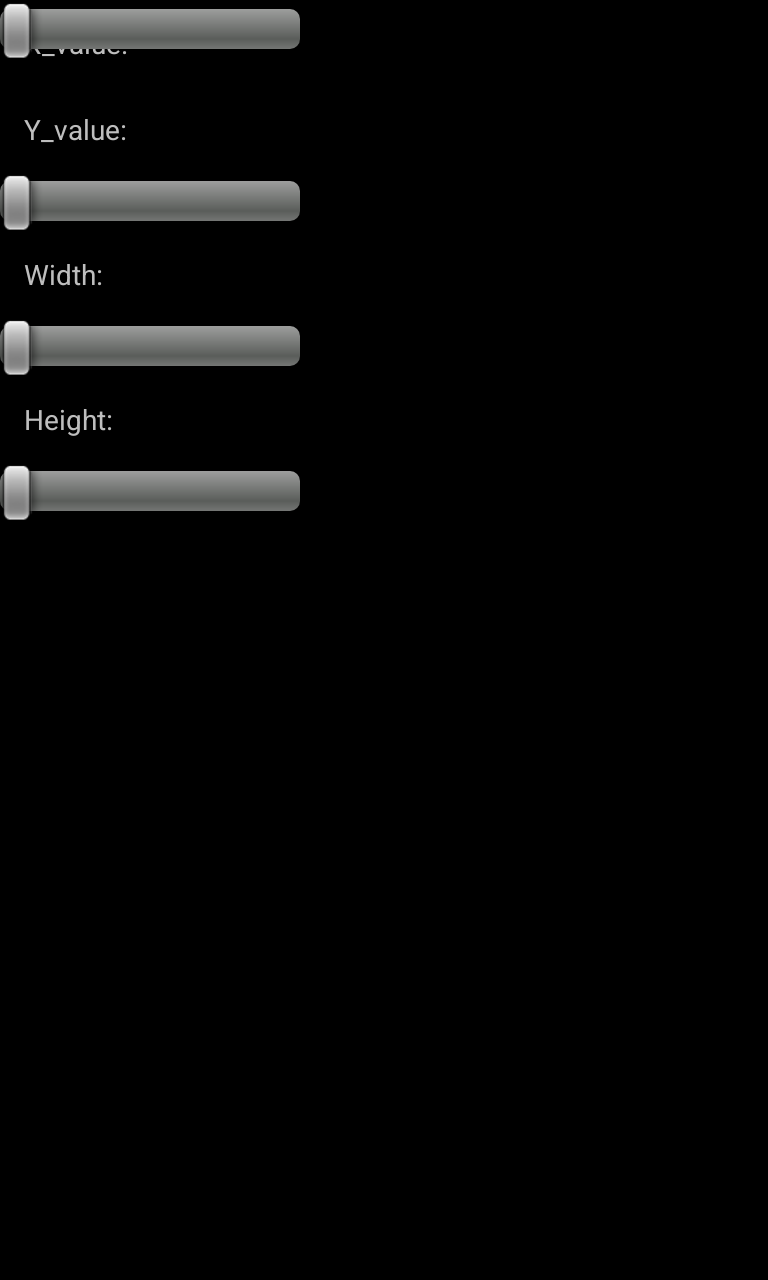
Repository: hzhang15/AndroidForm
Layout: workspace/demo_form_field/res/layout/test.xml
An editor plug-in stored every save of this project. The layout is shown before and after the next save, followed by the edit.
It is drawn on a 768 x 1280 px phone screen (xhdpi) without system bars, with theme android:Theme; the app's code is not run.

Above is the layout before, as saved 2014-09-21 05:43:59.

### workspace/demo_form_field/res/layout/test.xml
<?xml version="1.0" encoding="utf-8"?>
<LinearLayout xmlns:android="http://schemas.android.com/apk/res/android"
    android:layout_width="fill_parent"
    android:layout_height="fill_parent"
    android:orientation="vertical"
    >
    <RelativeLayout
        android:layout_width="wrap_content"
        android:layout_height="wrap_content"
        android:orientation="horizontal"
        >
    	<TextView
    	    android:layout_width="wrap_content"
            android:layout_height="wrap_content"
    	    android:padding="12dp"
    	    android:text="@string/x_value" />
        <TextView
            android:id="@+id/textview1"
            android:layout_width="wrap_content"
            android:layout_height="wrap_content" />
        <SeekBar
        android:id="@+id/seekBar1"
        android:layout_width="150dp"
        android:layout_height="wrap_content"
        android:layout_toRightOf="@+id/textview1"
        android:max="100"/>
    </RelativeLayout>

   <LinearLayout
        android:layout_width="wrap_content"
        android:layout_height="wrap_content"
        android:orientation="horizontal"
        >
    	<TextView
    	    android:layout_width="wrap_content"
            android:layout_height="wrap_content"
    	    android:padding="12dp"
    	    android:text="@string/y_value" />
        <TextView
            android:id="@+id/textview2"
            android:layout_width="wrap_content"
            android:layout_height="wrap_content" />

    </LinearLayout>

    	<SeekBar
        android:id="@+id/seekBar2"
        android:layout_width="150dp"
        android:layout_height="wrap_content"
        android:max="200"/>

    <LinearLayout
        android:layout_width="wrap_content"
        android:layout_height="wrap_content"
        android:orientation="horizontal"
        >
    	<TextView
    	    android:layout_width="wrap_content"
            android:layout_height="wrap_content"
    	    android:padding="12dp"
    	    android:text="@string/width" />
        <TextView
            android:id="@+id/textview3"
            android:layout_width="wrap_content"
            android:layout_height="wrap_content" />

    </LinearLayout>

    	<SeekBar
        android:id="@+id/seekBar3"
        android:layout_width="150dp"
        android:layout_height="wrap_content"
        android:max="150"/>

    <LinearLayout
        android:layout_width="wrap_content"
        android:layout_height="wrap_content"
        android:orientation="horizontal"
        >
    	<TextView
    	    android:layout_width="wrap_content"
            android:layout_height="wrap_content"
    	    android:padding="12dp"
    	    android:text="@string/height" />
        <TextView
            android:id="@+id/textview4"
            android:layout_width="wrap_content"
            android:layout_height="wrap_content" />

    </LinearLayout>

    	<SeekBar
        android:id="@+id/seekBar4"
        android:layout_width="150dp"
        android:layout_height="wrap_content"
        android:max="175"/>


</LinearLayout>

### workspace/demo_form_field/res/values/strings.xml
<?xml version="1.0" encoding="utf-8"?>
<resources>

    <string name="hello">Hello World, mainActivity!</string>
    <string name="test_name">Test_Page</string>
    <string name="app_name">Demo_form_field</string>
	<string name="hint">Please enter the text!</string>
	<string name="x_value">X_value:</string>
	<string name="y_value">Y_value:</string>
	<string name="width">Width:</string>
	<string name="height">Height:</string>


</resources>

After the next save:
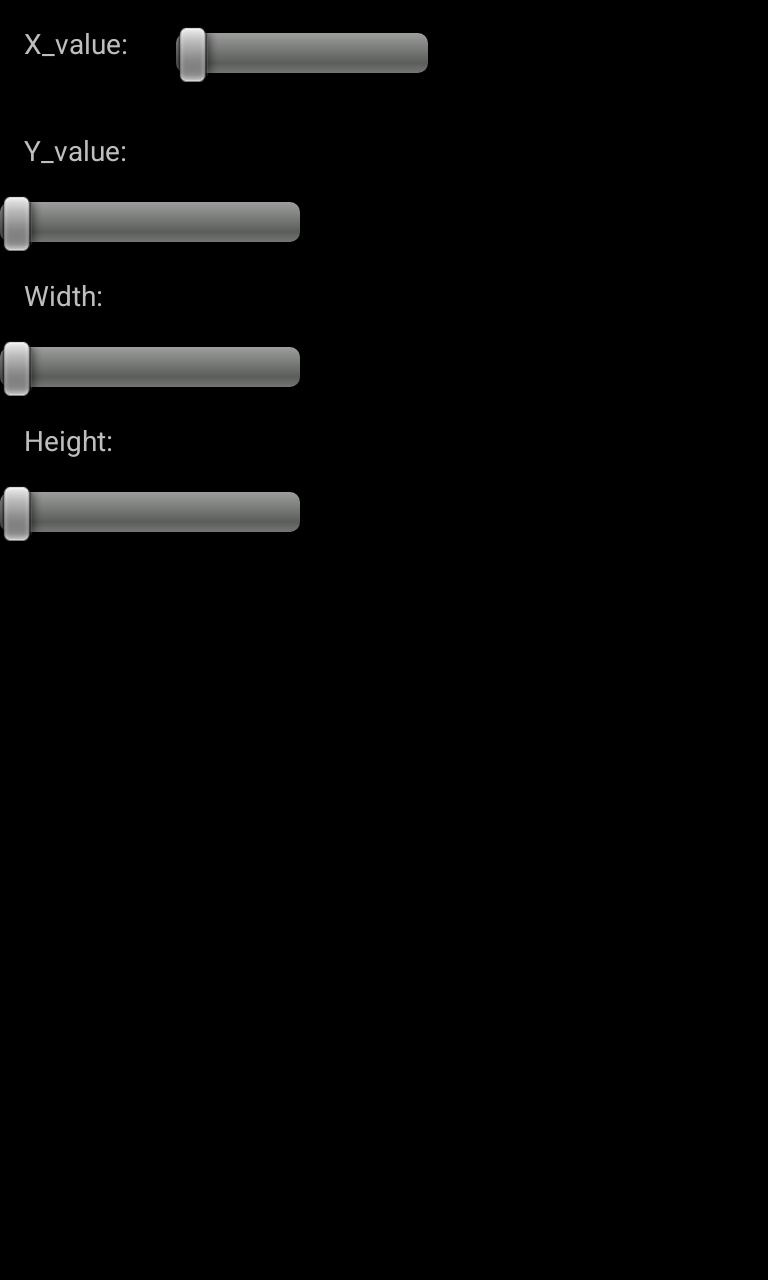
Saved 60 s later.
--- a/workspace/demo_form_field/res/layout/test.xml
+++ b/workspace/demo_form_field/res/layout/test.xml
@@ -4,7 +4,7 @@
     android:layout_height="fill_parent"
     android:orientation="vertical"
     >
-    <RelativeLayout
+    <LinearLayout
         android:layout_width="wrap_content"
         android:layout_height="wrap_content"
         android:orientation="horizontal"
@@ -22,9 +22,9 @@
         android:id="@+id/seekBar1"
         android:layout_width="150dp"
         android:layout_height="wrap_content"
-        android:layout_toRightOf="@+id/textview1"
+        android:padding="12dp"
         android:max="100"/>
-    </RelativeLayout>
+    </LinearLayout>
 
    <LinearLayout
         android:layout_width="wrap_content"
